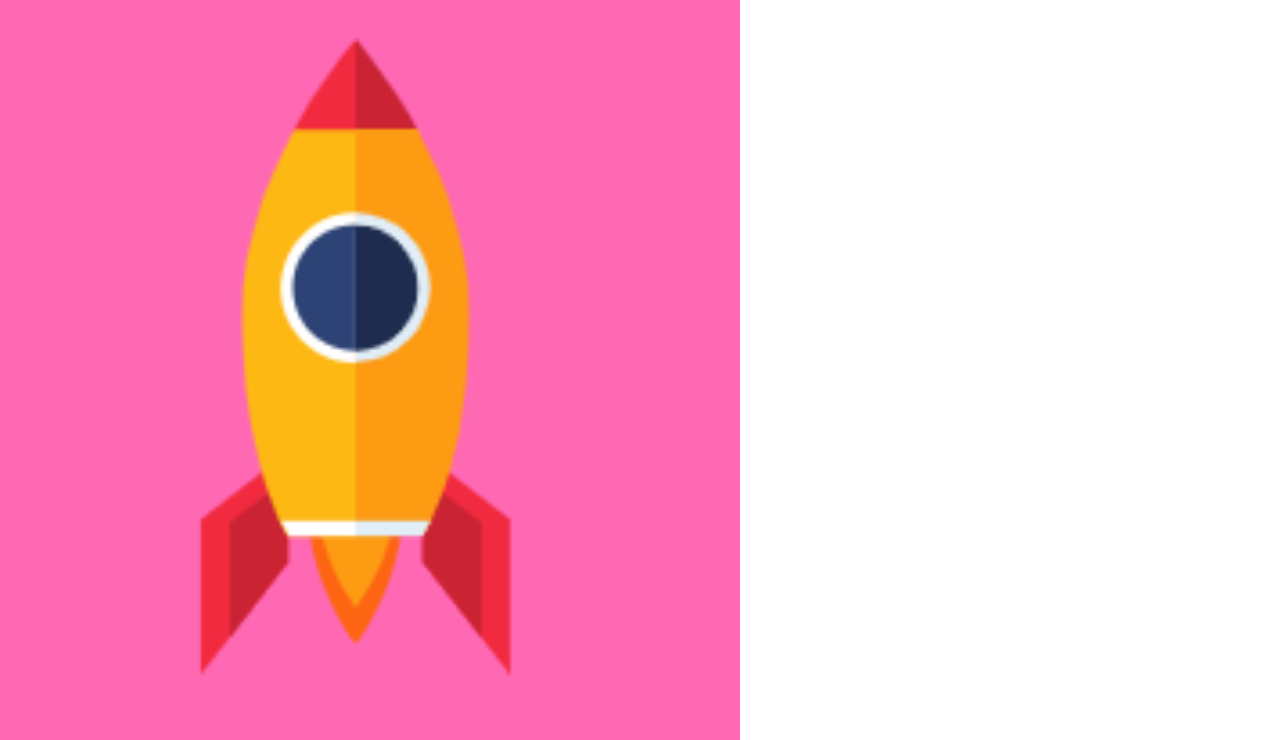
Repository: razzh7/javascript-demo
Page: 自动阅读插件/test.html
The author's editor kept a copy of each file at every save. The page is drawn from the files as they stood at one save, then again after the next save.
The browser window is 1280 px wide. The pictures show the whole page.

Above is the page before, as saved 2021-06-30 15:29:22.

After the next save:
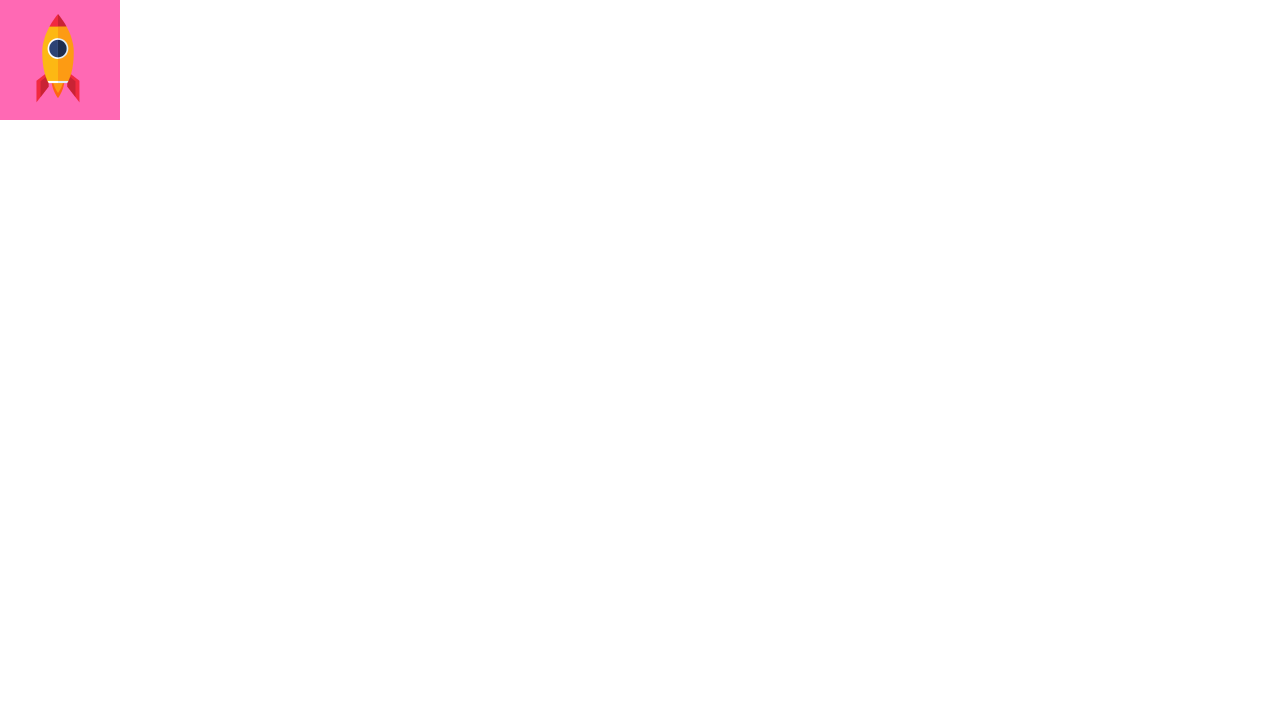
Saved 2 min 1 s later.
--- a/自动阅读插件/test.html
+++ b/自动阅读插件/test.html
@@ -12,7 +12,7 @@
     top: 0;
     left: 0;
     padding: 10px;
-    height: 100%;
+    height: 100px;
     background: hotpink;
   }
   img {
